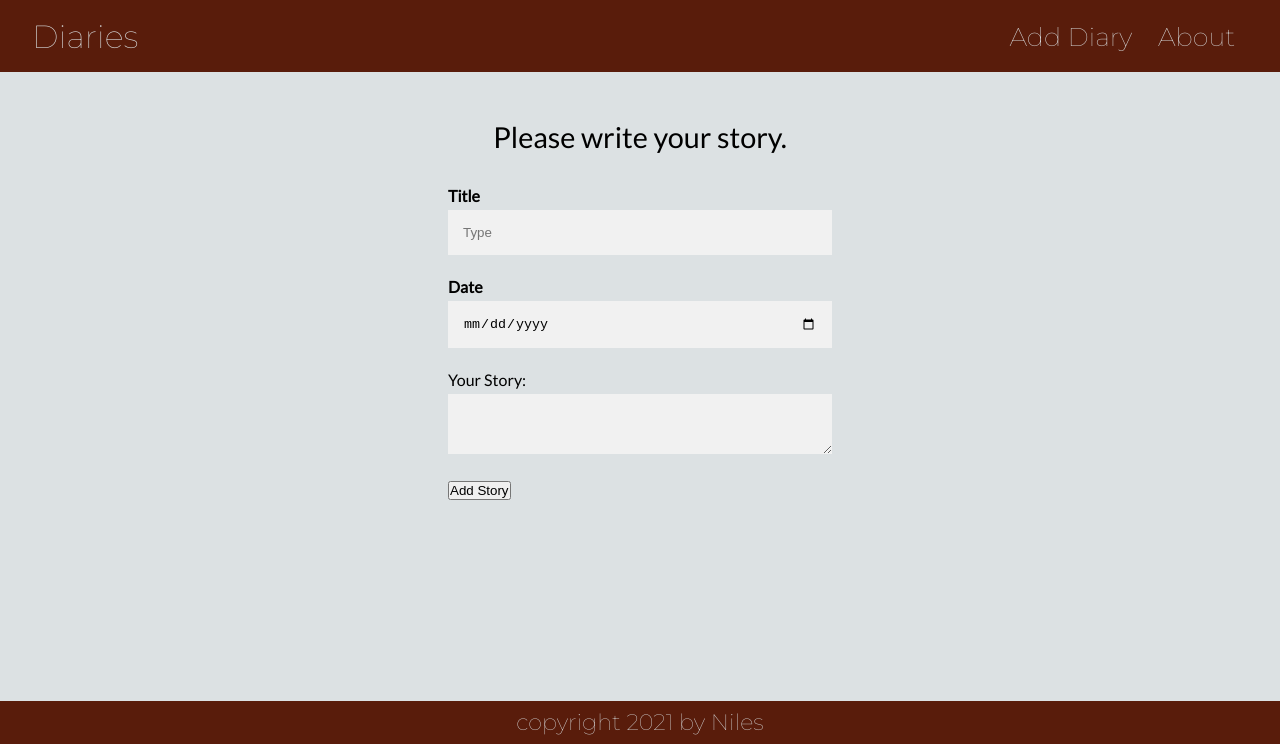
Repository: Tun-Dev/mydiary
Page: /AddDiary
An editor plug-in stored every save of this project. The page is shown before and after the next save, followed by the edit.
The browser window is 1280 px wide. The pictures show the whole page.
The project was rebuilt for these pictures with package versions that can differ from the ones it lists, and the page was loaded fresh each time. Also part of the build but not shown: src/useFetch.js, src/Components/Diary.js, src/Components/DiaryHome.js, src/Components/About.js.

Above is the page before, as saved 2021-05-12 16:02:15.

### public/index.html
<!DOCTYPE html>
<html lang="en">
  <head>
    <meta charset="utf-8" />
    <link rel="icon" href="%PUBLIC_URL%/favicon.ico" />
    <link rel="preconnect" href="https://fonts.gstatic.com">
<link href="https://fonts.googleapis.com/css2?family=Lato&family=Montserrat:wght@100;400&display=swap" rel="stylesheet">
    <meta name="viewport" content="width=device-width, initial-scale=1" />
    <meta name="theme-color" content="#000000" />
    <meta
      name="description"
      content="An Application To Keep Your Diary Save Online"
    />
    <link rel="apple-touch-icon" href="%PUBLIC_URL%/logo192.png" />
    <!--
      manifest.json provides metadata used when your web app is installed on a
      user's mobile device or desktop. See https://developers.google.com/web/fundamentals/web-app-manifest/
    -->
    <link rel="manifest" href="%PUBLIC_URL%/manifest.json" />
    <!--
      Notice the use of %PUBLIC_URL% in the tags above.
      It will be replaced with the URL of the `public` folder during the build.
      Only files inside the `public` folder can be referenced from the HTML.

      Unlike "/favicon.ico" or "favicon.ico", "%PUBLIC_URL%/favicon.ico" will
      work correctly both with client-side routing and a non-root public URL.
      Learn how to configure a non-root public URL by running `npm run build`.
    -->
    <title>MyDiary</title>
  </head>
  <body>
    <noscript>You need to enable JavaScript to run this app.</noscript>
    <div id="root"></div>
    <!--
      This HTML file is a template.
      If you open it directly in the browser, you will see an empty page.

      You can add webfonts, meta tags, or analytics to this file.
      The build step will place the bundled scripts into the <body> tag.

      To begin the development, run `npm start` or `yarn start`.
      To create a production bundle, use `npm run build` or `yarn build`.
    -->
  </body>
</html>

### src/index.js
import React from 'react';
import ReactDOM from 'react-dom';
import {BrowserRouter} from 'react-router-dom'
import App from './App';


ReactDOM.render(

  <React.StrictMode>
  <BrowserRouter>
    <App />
    </BrowserRouter>
  </React.StrictMode>,
  document.getElementById('root')
);

// If you want to start measuring performance in your app, pass a function
// to log results (for example: reportWebVitals(console.log))
// or send to an analytics endpoint. Learn more: https://bit.ly/CRA-vitals

### src/App.js
import React from "react";
import {Switch, Route} from 'react-router-dom';
import GlobalStyle from './GlobalStyle';

// import components
import Nav from './Layout/Nav';
import Footer from './Layout/Footer';
import DiaryHome from './Components/DiaryHome';
import About from './Components/About';
import AddDiary from './Components/AddDiary'

function App() {
  return (
    <div className="App">
    <GlobalStyle />
    <Nav />
    <div className="container">
    <Switch>
    <Route exact path="/">
    <DiaryHome />
    </Route>
    <Route exact path="/About">
    <About />
    </Route>
    <Route exact path="/AddDiary">
    <AddDiary />
    </Route>
    </Switch>
    </div>
    <Footer />
    </div>
  );
}

export default App;

### src/GlobalStyle.js
import {createGlobalStyle} from 'styled-components';

const GlobalStyle = createGlobalStyle`
  * {
      margin: 0;
      padding: 0;
      box-sizing: border-box;
  }
  body {
      background-color: #dce1e3;
      font-family: 'Lato', sans-serif;
      font-weight: 400;
}
 a {
    text-decoration: none;
    font-family: 'Montserrat', sans-serif;
    font-weight: 100;
}
.container {
    margin: 3rem 14rem;
    height: 74vh;
}
`

export default GlobalStyle;

### src/Layout/Nav.js
import React from 'react';
import styled from 'styled-components';
import {Link} from 'react-router-dom'

const Nav = () => {
    return (
        <NavBar>
          <nav>
         <div className="header">
           <Link to="/">Diaries</Link>
         </div>
         <ul className="navItens">
           <li><Link to="/AddDiary">Add Diary</Link></li>
           <li><Link to="/About">About</Link></li>
         </ul>
          </nav>
        </NavBar>
    )
}
const NavBar = styled.div`

  nav {
    display: flex;
    justify-content: space-between;
    align-items: center;
    background-color: #591c0b;
    height: 10vh;
    color: #dce1e3;
}
.header {
    margin: 0 2rem;
    font-size: 2rem;
     color: #dce1e3;
}
.header a {
  color: #dce1e3;
}
ul {
    display: flex;
    margin: 0 2rem;
}
ul li {
    list-style: none;
    margin: 0 0.8rem;
}
ul li a {
    color: #dce1e3;
    font-size: 1.6rem;
}
`;

export default Nav;

### src/Layout/Footer.js
import React from 'react';
import styled from 'styled-components'

const Footer = () => {
    return (
        <Foot>
            copyright 2021 by Niles
        </Foot>
    )
}
const Foot = styled.div`
display: flex;
justify-content: center;
align-items: center;
text-align: center;
background-color:  #591c0b;
height: 6vh;
color: #dce1e3;
font-size: 1.4rem;
font-family: 'Montserrat', sans-serif;
font-weight: 100;
`
export default Footer

### src/Components/AddDiary.js
import React, {useState} from 'react';
import styled from 'styled-components';

const AddDiary = () => {
    const [title, setTitle] = useState('');
    const [date, setDate] = useState('');
    const [message, setMessage] = useState('');

    const changeTitle =(e) => {
        setTitle(e.target.value)
    };
     const changeDate =(e) => {
        setDate(e.target.value)
    };
     const changeMessage =(e) => {
        setMessage(e.target.value)
    };
    const onSubmit =(e) => {
        e.preventDefault();
        const diary = { title, date, message};
        console.log(diary);
         setTitle('');
          setDate('');
           setMessage('')
    };
    return (
        <Add>
            <form onSubmit={onSubmit} >
              <div className="container">
                <div className="write">
                 <p>Please write your story.</p>
                </div>

              <div>
               <label><b>Title</b></label>
               <input onChange={changeTitle} type="text" placeholder="Type" value={title} required />
              </div>
              <div>
               <label><b>Date</b></label>
               <input onChange={changeDate} type="date" value={date} required />
              </div>
              <div>
              <label>Your Story: <textarea  onChange={changeMessage} value={message} col="50" row="30" ></textarea></label>
              </div>

              <div className="addButton">
              <button className="btn">Add Story</button>
              </div>



               </div>
            </form>
        </Add>
    )
}
const Add = styled.div`
.write {
    margin-bottom: 2rem;
    font-size: 1.8rem;
    text-align: center;
}
input[type=text], input[type=date], textarea {
  width: 100%;
  padding: 15px;
  margin: 5px 0 22px 0;
  display: inline-block;
  border: none;
  background: #f1f1f1;


input[type=text]:focus, input[type=date]:focus {
  background-color: #ddd;
  outline: none;
}
.addButton {
    text-align: center;
    width: 40vw;
}
button {
  background-color: #591c0b;
  color: #dce1e3;
  padding: 16px 20px;
  margin: 8px 0;
  border: none;
  cursor: pointer;
  width: 40vw;
  opacity: 0.9;
}

button:hover {
  opacity:1;
`
export default AddDiary;

After the next save:
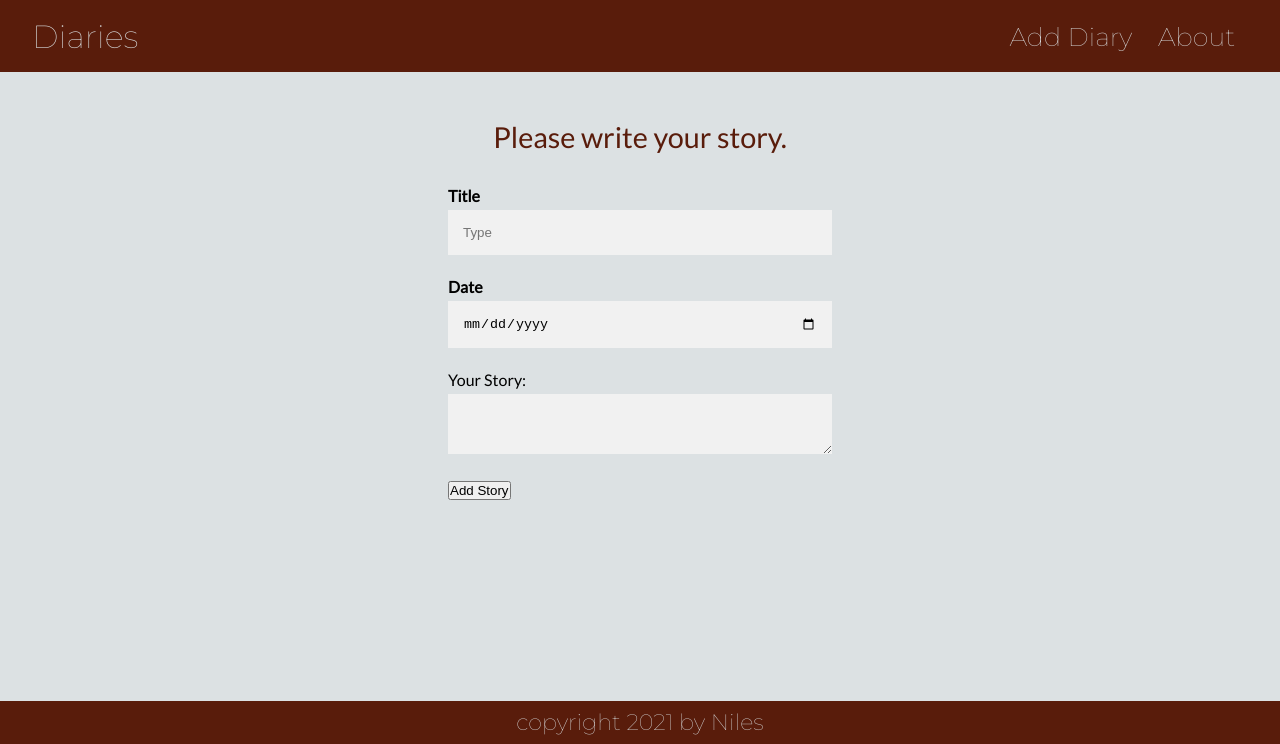
Saved 50 s later.
--- a/src/Components/AddDiary.js
+++ b/src/Components/AddDiary.js
@@ -59,6 +59,7 @@ const Add = styled.div`
     margin-bottom: 2rem;
     font-size: 1.8rem;
     text-align: center;
+    color: #591c0b;
 }
 input[type=text], input[type=date], textarea {
   width: 100%;
